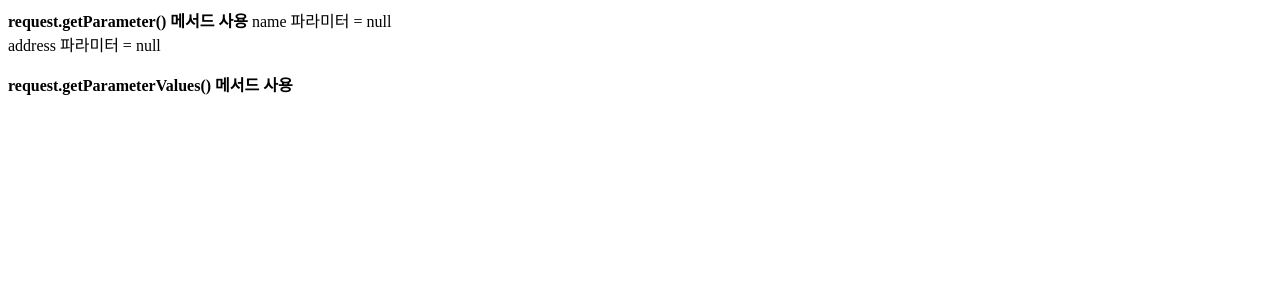
Repository: jjanggu1990/kh_java
Page: http://localhost/JSP_EX/day0318/viewForm.jsp
An editor plug-in stored every save of this project. The page is shown before and after a run of saves, followed by the edit.
The browser window is 1280 px wide. The pictures show the whole page.
The page is served by Tomcat 9. Other server files are loaded and not shown.

Above is the page before, as saved 2016-03-18 10:46:18.

### workspace/JSP_EX/WebContent/day0318/viewForm.jsp
<%@ page contentType="text/html; charset=utf-8"%>
<%@ page import="java.util.*" %>
<%
	request.setCharacterEncoding("utf-8");
%>
<!DOCTYPE html>
<html>
<head>

<title>뷰</title>
</head>
<body>
<b> request.getParameter() 메서드 사용</b>
name 파라미터 = <%= request.getParameter("name") %><br>
address 파라미터 = <%= request.getParameter("address") %><br>
<p/>
<b> request.getParameterValues() 메서드 사용</b><br>
<%
	String[] values = request.getParameterValues("pet");
	if(values != null){
		for(int i = 0; i< values.length; i++){
%>
			<%= values[i] %>
<%
		}
	}
%>
<p/>
<br>
</body>
</html>

After the next 4 saves:
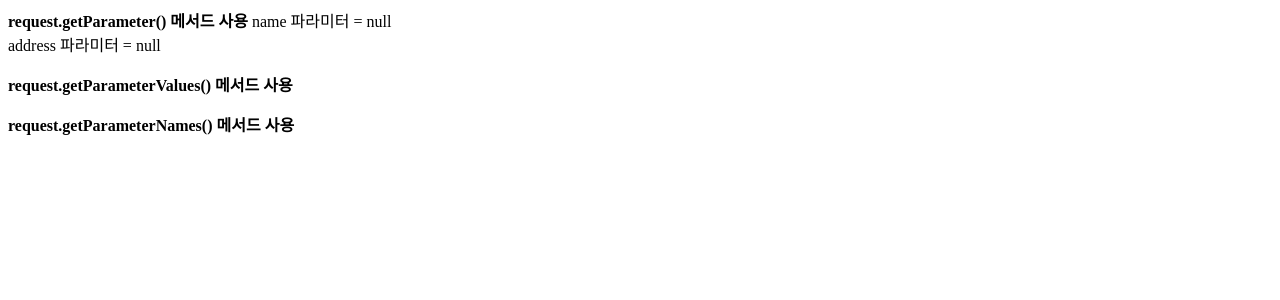
The 4 saves are shown as one change because 2 did not build or start and some came seconds apart.
The last was saved 2 min 13 s later.
--- a/workspace/JSP_EX/WebContent/day0318/viewForm.jsp
+++ b/workspace/JSP_EX/WebContent/day0318/viewForm.jsp
@@ -1,5 +1,5 @@
 <%@ page contentType="text/html; charset=utf-8"%>
-<%@ page import="java.util.*" %>
+<%@ page import="java.util.*"%>
 <%
 	request.setCharacterEncoding("utf-8");
 %>
@@ -10,22 +10,35 @@
 <title>뷰</title>
 </head>
 <body>
-<b> request.getParameter() 메서드 사용</b>
-name 파라미터 = <%= request.getParameter("name") %><br>
-address 파라미터 = <%= request.getParameter("address") %><br>
-<p/>
-<b> request.getParameterValues() 메서드 사용</b><br>
-<%
-	String[] values = request.getParameterValues("pet");
-	if(values != null){
-		for(int i = 0; i< values.length; i++){
-%>
-			<%= values[i] %>
-<%
+	<b> request.getParameter() 메서드 사용</b> name 파라미터 =
+	<%=request.getParameter("name")%><br> address 파라미터 =
+	<%=request.getParameter("address")%><br>
+	<p />
+	<b> request.getParameterValues() 메서드 사용</b>
+	<br>
+	<%
+		String[] values = request.getParameterValues("pet");
+		if (values != null) {
+			for (int i = 0; i < values.length; i++) {
+	%>
+	<%=values[i]%>
+	<%
 		}
-	}
-%>
-<p/>
-<br>
+		}
+	%>
+	<p />
+	<b>request.getParameterNames() 메서드 사용</b>
+	<br>
+	<%
+		Enumeration paraEnum = request.getParameterNames();
+		while (paraEnum.hasMoreElements()) {
+			String name = (String) paraEnum.nextElement();
+	%>
+	<%=name%>
+	<%
+		}
+
+	%>
+	<br>
 </body>
 </html>
